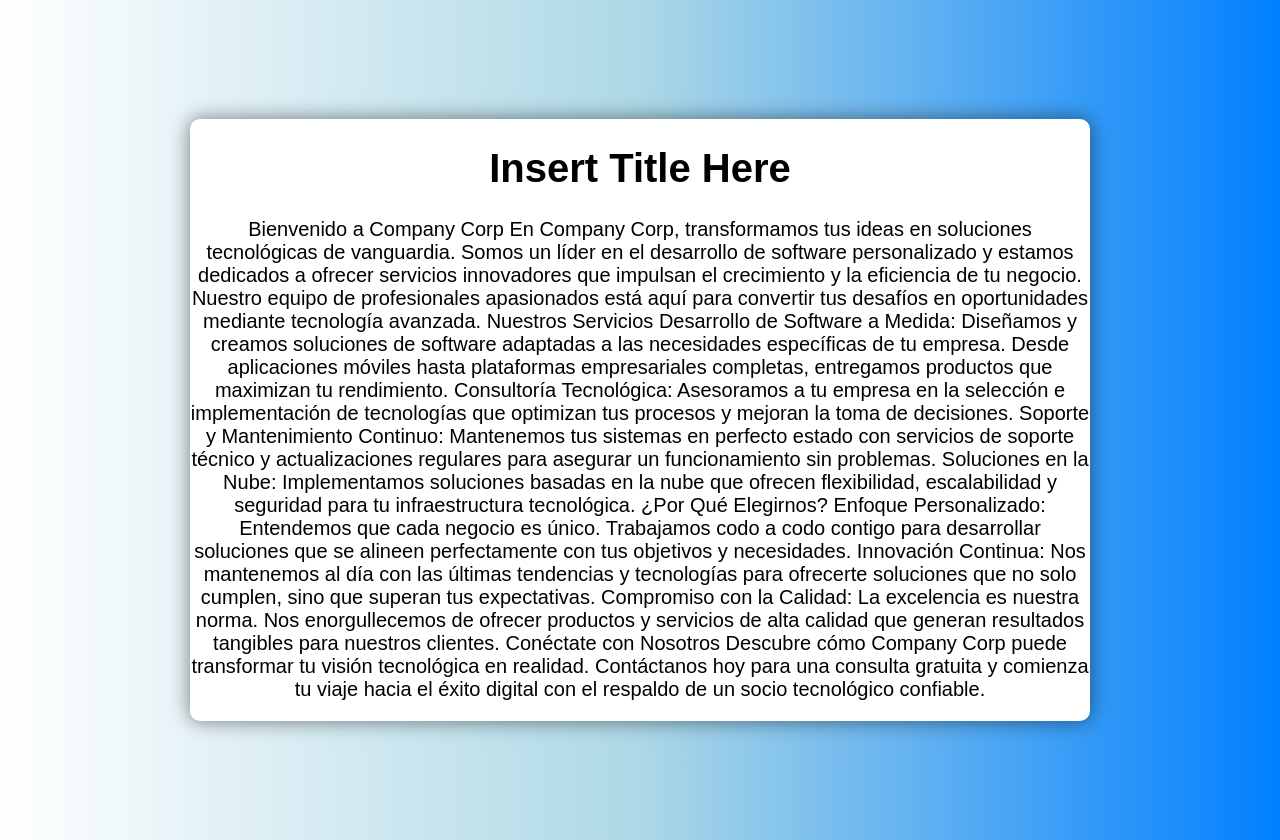
Repository: ANGELEDU141/TAREAWEBEWJASJDASJ
Page: http://localhost/JAVAWEBTAREA/WEB-INF/views/definicion.jsp
The author's editor kept a copy of each file at every save. The page is drawn from the files as they stood at one save, then again after the next save.
The browser window is 1280 px wide. The pictures show the whole page.
The page is served by Tomcat 9. Nobody is signed in. The template is opened directly, without the code that normally fills it, so the values that code supplies are empty.

Above is the page before, as saved 2024-09-01 10:44:08.

After the next save:
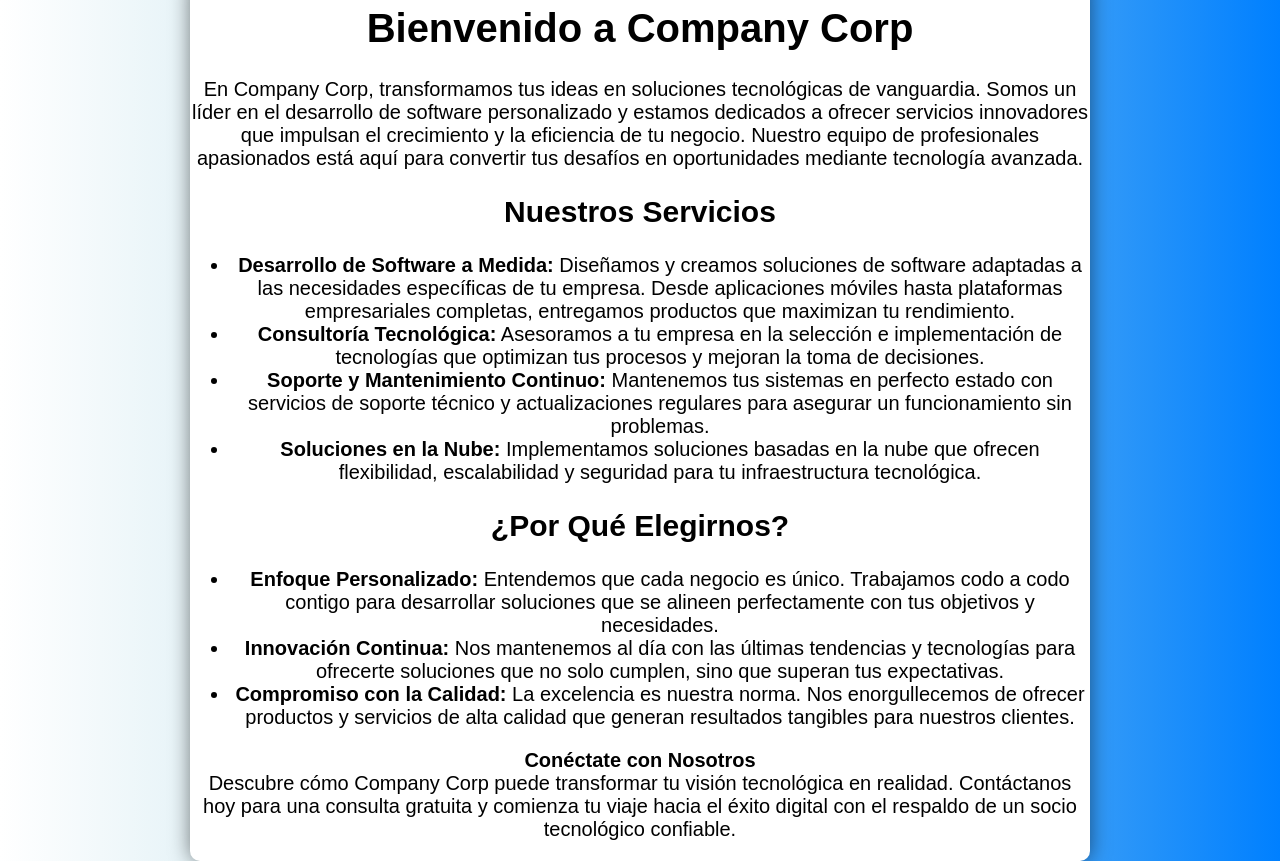
Saved 69 s later.
--- a/JAVAWEBTAREA/src/main/webapp/WEB-INF/views/definicion.jsp
+++ b/JAVAWEBTAREA/src/main/webapp/WEB-INF/views/definicion.jsp
@@ -36,35 +36,29 @@
 </style>
 </head>
 <body>
-    <div class="container">
-        <h1>Insert Title Here</h1>
-        <p>Bienvenido a Company Corp
+ <div class="container">
+        <h1>Bienvenido a Company Corp</h1>
+        <p>En Company Corp, transformamos tus ideas en soluciones tecnológicas de vanguardia. Somos un líder en el desarrollo de software personalizado y estamos dedicados a ofrecer servicios innovadores que impulsan el crecimiento y la eficiencia de tu negocio. Nuestro equipo de profesionales apasionados está aquí para convertir tus desafíos en oportunidades mediante tecnología avanzada.</p>
 
-En Company Corp, transformamos tus ideas en soluciones tecnológicas de vanguardia. Somos un líder en el desarrollo de software personalizado y estamos dedicados a ofrecer servicios innovadores que impulsan el crecimiento y la eficiencia de tu negocio. Nuestro equipo de profesionales apasionados está aquí para convertir tus desafíos en oportunidades mediante tecnología avanzada.
+        <div class="services">
+            <h2>Nuestros Servicios</h2>
+            <ul>
+                <li><strong>Desarrollo de Software a Medida:</strong> Diseñamos y creamos soluciones de software adaptadas a las necesidades específicas de tu empresa. Desde aplicaciones móviles hasta plataformas empresariales completas, entregamos productos que maximizan tu rendimiento.</li>
+                <li><strong>Consultoría Tecnológica:</strong> Asesoramos a tu empresa en la selección e implementación de tecnologías que optimizan tus procesos y mejoran la toma de decisiones.</li>
+                <li><strong>Soporte y Mantenimiento Continuo:</strong> Mantenemos tus sistemas en perfecto estado con servicios de soporte técnico y actualizaciones regulares para asegurar un funcionamiento sin problemas.</li>
+                <li><strong>Soluciones en la Nube:</strong> Implementamos soluciones basadas en la nube que ofrecen flexibilidad, escalabilidad y seguridad para tu infraestructura tecnológica.</li>
+            </ul>
+        </div>
 
-Nuestros Servicios
+        <div class="why-choose-us">
+            <h2>¿Por Qué Elegirnos?</h2>
+            <ul>
+                <li><strong>Enfoque Personalizado:</strong> Entendemos que cada negocio es único. Trabajamos codo a codo contigo para desarrollar soluciones que se alineen perfectamente con tus objetivos y necesidades.</li>
+                <li><strong>Innovación Continua:</strong> Nos mantenemos al día con las últimas tendencias y tecnologías para ofrecerte soluciones que no solo cumplen, sino que superan tus expectativas.</li>
+                <li><strong>Compromiso con la Calidad:</strong> La excelencia es nuestra norma. Nos enorgullecemos de ofrecer productos y servicios de alta calidad que generan resultados tangibles para nuestros clientes.</li>
+            </ul>
+        </div>
 
-
-Desarrollo de Software a Medida: Diseñamos y creamos soluciones de software adaptadas a las necesidades específicas de tu empresa. Desde aplicaciones móviles hasta plataformas empresariales completas, entregamos productos que maximizan tu rendimiento.
-
-Consultoría Tecnológica: Asesoramos a tu empresa en la selección e implementación de tecnologías que optimizan tus procesos y mejoran la toma de decisiones.
-
-Soporte y Mantenimiento Continuo: Mantenemos tus sistemas en perfecto estado con servicios de soporte técnico y actualizaciones regulares para asegurar un funcionamiento sin problemas.
-
-Soluciones en la Nube: Implementamos soluciones basadas en la nube que ofrecen flexibilidad, escalabilidad y seguridad para tu infraestructura tecnológica.
-
-¿Por Qué Elegirnos?
-
-Enfoque Personalizado: Entendemos que cada negocio es único. Trabajamos codo a codo contigo para desarrollar soluciones que se alineen perfectamente con tus objetivos y necesidades.
-
-Innovación Continua: Nos mantenemos al día con las últimas tendencias y tecnologías para ofrecerte soluciones que no solo cumplen, sino que superan tus expectativas.
-
-Compromiso con la Calidad: La excelencia es nuestra norma. Nos enorgullecemos de ofrecer productos y servicios de alta calidad que generan resultados tangibles para nuestros clientes.
-
-Conéctate con Nosotros
-
-Descubre cómo Company Corp puede transformar tu visión tecnológica en realidad. Contáctanos hoy para una consulta gratuita y comienza tu viaje hacia el éxito digital con el respaldo de un socio tecnológico confiable.
-
-</p>
+        <p><strong>Conéctate con Nosotros</strong><br>Descubre cómo Company Corp puede transformar tu visión tecnológica en realidad. Contáctanos hoy para una consulta gratuita y comienza tu viaje hacia el éxito digital con el respaldo de un socio tecnológico confiable.</p>
     </div>
 </body>
